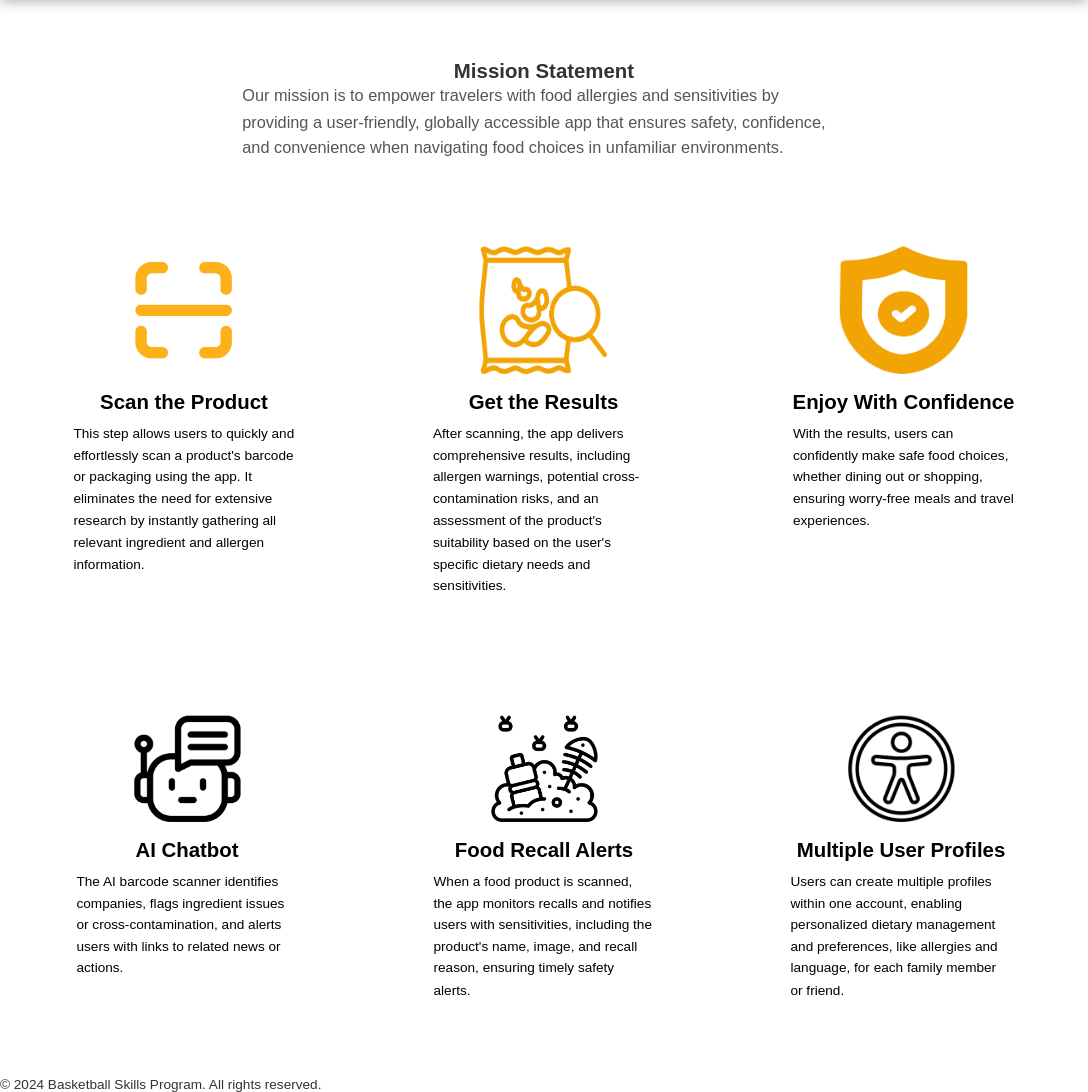
Repository: GavinPahal/landingpage
Page: /
An editor plug-in stored every save of this project. The page is shown before and after the next save, followed by the edit.
The browser window is 1280 px wide. The pictures show the part of the page from y = 720 to 2024 px (the page is 2005 px tall before and 2024 px after), at 85% of full size.
The project was rebuilt for these pictures with package versions that can differ from the ones it lists, and the page was loaded fresh each time. The framework's server and built-in components were replaced by stand-ins that run in the browser. Also part of the build but not shown: next.config.mjs.

Above is the page before, as saved 2024-11-28 18:00:27.

After the next save:
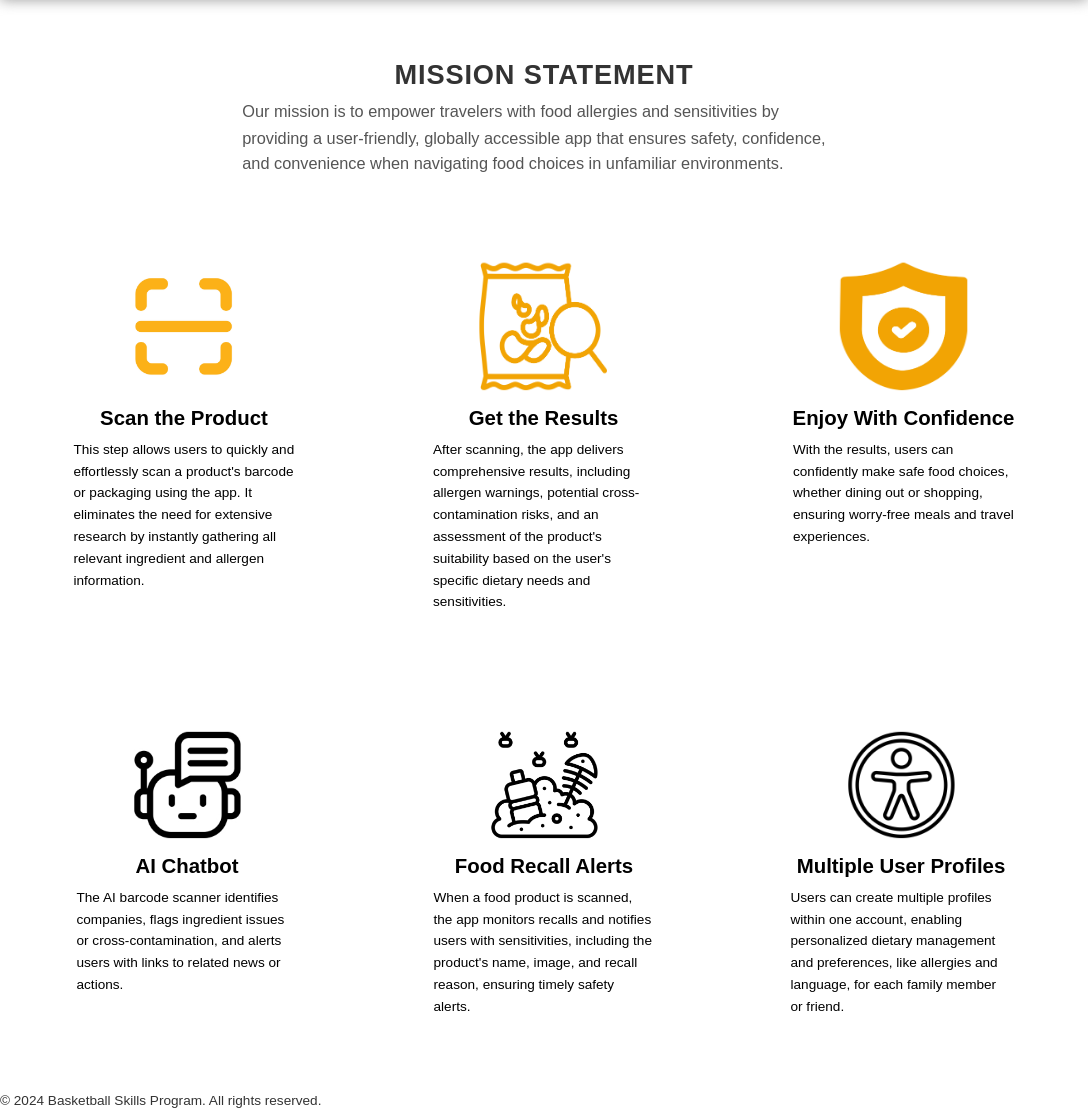
Saved 5 s later.
--- a/components/Features.js
+++ b/components/Features.js
@@ -5,7 +5,7 @@
     <section className="features">
       {/* Mission Statement Section */}
       <div className="missionStatement">
-        <h1>Mission Statement</h1>
+        <h2>Mission Statement</h2>
         <p>
           Our mission is to empower travelers with food allergies and sensitivities by providing a user-friendly, globally accessible app that ensures safety, confidence, and convenience when navigating food choices in unfamiliar environments.
         </p>

After the save that followed:
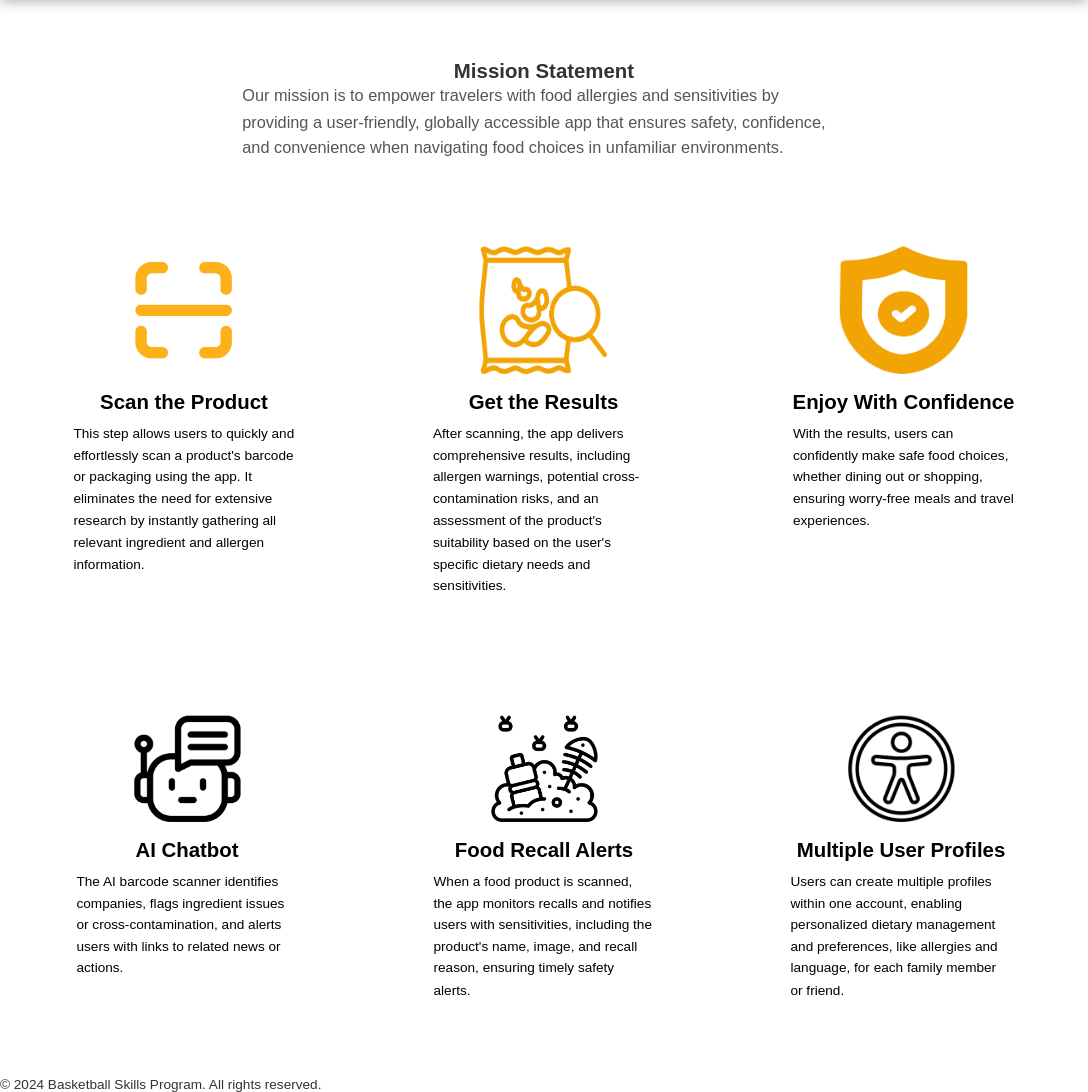
Saved 5 s later.
--- a/components/Features.js
+++ b/components/Features.js
@@ -5,7 +5,7 @@
     <section className="features">
       {/* Mission Statement Section */}
       <div className="missionStatement">
-        <h2>Mission Statement</h2>
+        <h1>Mission Statement</h1>
         <p>
           Our mission is to empower travelers with food allergies and sensitivities by providing a user-friendly, globally accessible app that ensures safety, confidence, and convenience when navigating food choices in unfamiliar environments.
         </p>
